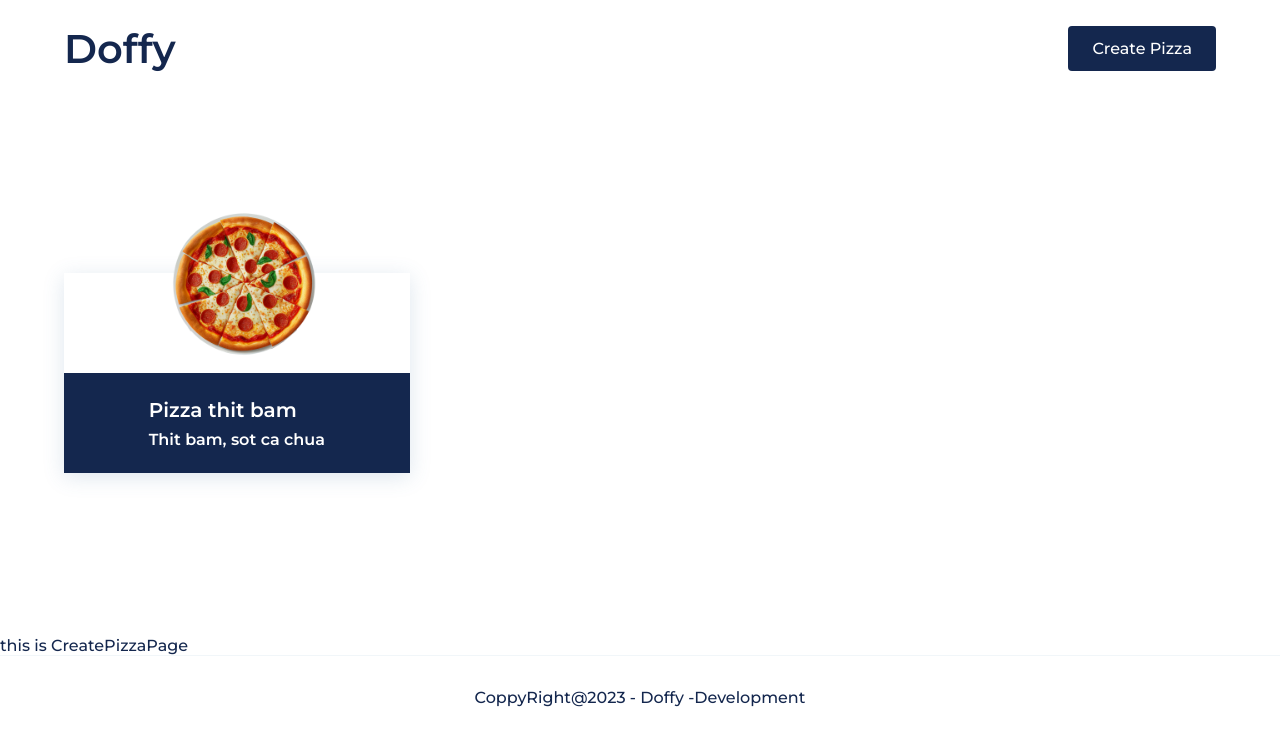
Repository: 16-Doffy/Pizza-Store
Page: /
The author's editor kept a copy of each file at every save. The page is drawn from the files as they stood at one save, then again after the next save.
The browser window is 1280 px wide. The pictures show the whole page.
An inner scrolling area shows only its first screen. The project was rebuilt for these pictures with package versions that can differ from the ones it lists, and the page was loaded fresh each time. Also part of the build but not shown: webpack.config.js.

Above is the page before, as saved 2025-02-06 22:21:12.

After the next save:
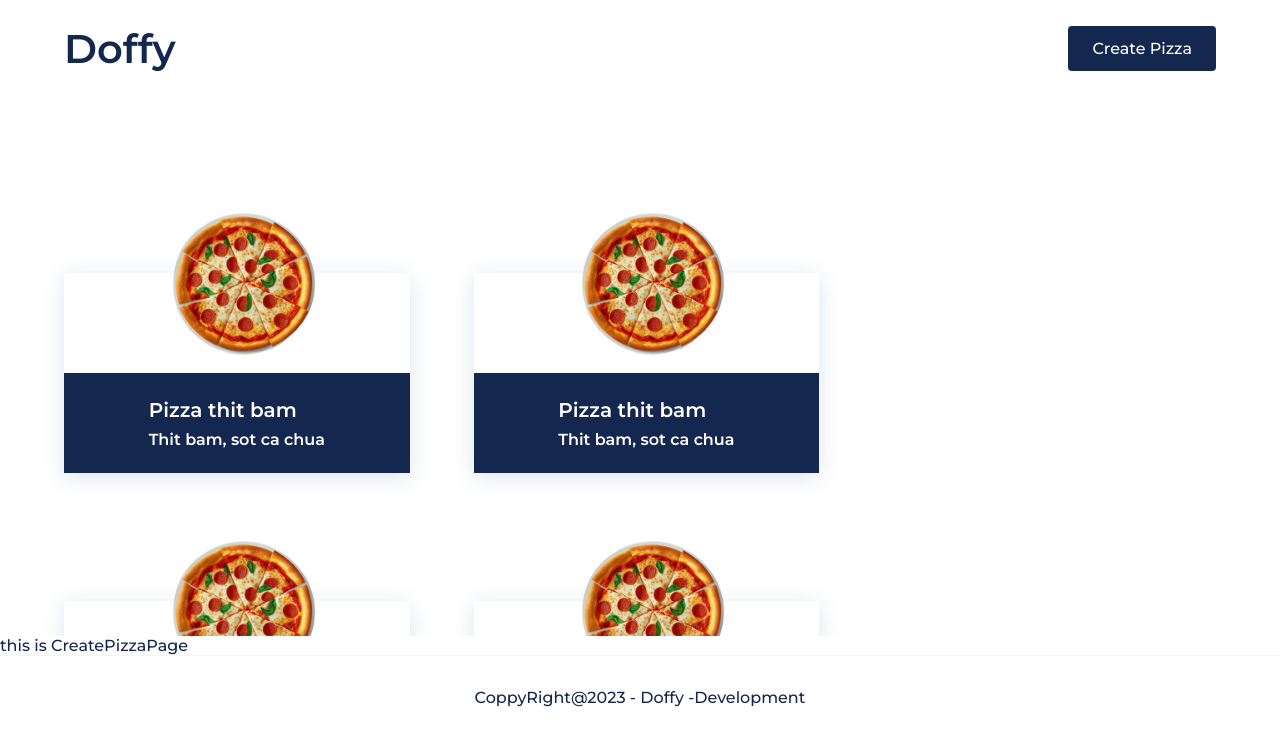
Saved 33 s later.
--- a/src/pages/HomePage.tsx
+++ b/src/pages/HomePage.tsx
@@ -17,6 +17,48 @@ const HomePage = () => {
             </div>
           </div>
         </div>
+
+        <div className="card-items">
+          <img src="/pizza.png" alt="pizza" className="card-image-pizza " />
+          <div style={{ height: "50%", width: "100%" }}></div>
+          {/* Di chuyển card-content vào trong card-items */}
+          <div className="card-content">
+            <div>
+              <div style={{ fontSize: "20px", fontWeight: 600, color: "#fff" }}>Pizza thit bam</div>
+              <div style={{ fontSize: "16px", fontWeight: 600, color: "#fff", marginTop: "0.5rem" }}>
+                Thit bam, sot ca chua
+              </div>
+            </div>
+          </div>
+        </div>
+
+        <div className="card-items">
+          <img src="/pizza.png" alt="pizza" className="card-image-pizza " />
+          <div style={{ height: "50%", width: "100%" }}></div>
+          {/* Di chuyển card-content vào trong card-items */}
+          <div className="card-content">
+            <div>
+              <div style={{ fontSize: "20px", fontWeight: 600, color: "#fff" }}>Pizza thit bam</div>
+              <div style={{ fontSize: "16px", fontWeight: 600, color: "#fff", marginTop: "0.5rem" }}>
+                Thit bam, sot ca chua
+              </div>
+            </div>
+          </div>
+        </div>
+
+        <div className="card-items">
+          <img src="/pizza.png" alt="pizza" className="card-image-pizza " />
+          <div style={{ height: "50%", width: "100%" }}></div>
+          {/* Di chuyển card-content vào trong card-items */}
+          <div className="card-content">
+            <div>
+              <div style={{ fontSize: "20px", fontWeight: 600, color: "#fff" }}>Pizza thit bam</div>
+              <div style={{ fontSize: "16px", fontWeight: 600, color: "#fff", marginTop: "0.5rem" }}>
+                Thit bam, sot ca chua
+              </div>
+            </div>
+          </div>
+        </div>
       </div>
     </div>
   );
